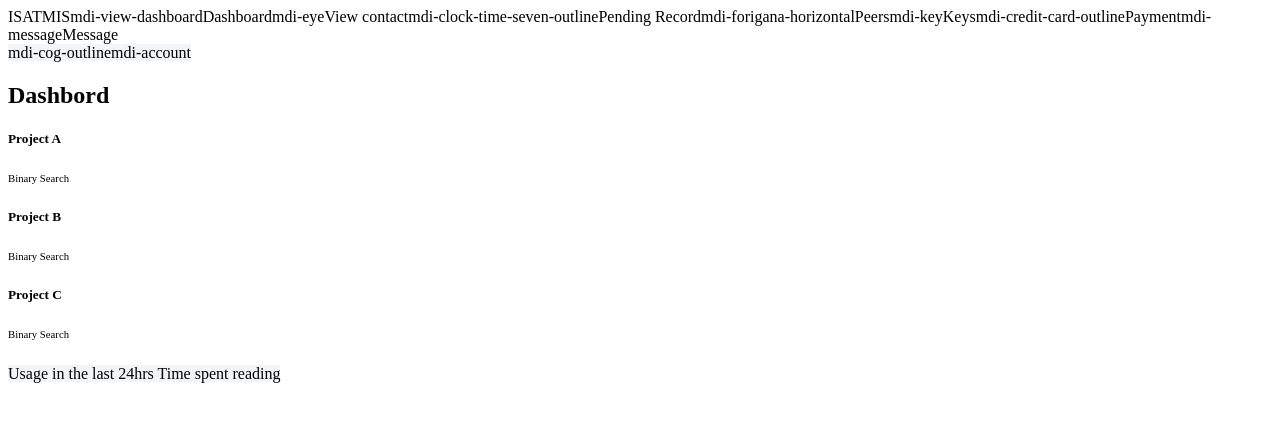
Repository: umarrg/isatmis
Page: /home
The author's editor kept a copy of each file at every save. The page is drawn from the files as they stood at one save, then again after the next save.
The browser window is 1280 px wide. The pictures show the whole page.
The project was rebuilt for these pictures with package versions that can differ from the ones it lists, and the page was loaded fresh each time. Also part of the build but not shown: vue.config.js. Imported but missing from the stored project, and not drawn on this page: src/plugins/vuetify.

Above is the page before, as saved 2021-01-26 00:50:25.

### public/index.html
<!DOCTYPE html>
<html lang="en">
  <head>
    <meta charset="utf-8">
    <meta http-equiv="X-UA-Compatible" content="IE=edge">
    <meta name="viewport" content="width=device-width,initial-scale=1.0">
    <link rel="icon" href="<%= BASE_URL %>favicon.ico">
    <title><%= htmlWebpackPlugin.options.title %></title>
    <link rel="stylesheet" href="https://fonts.googleapis.com/css?family=Roboto:100,300,400,500,700,900">
    <link rel="stylesheet" href="https://cdn.jsdelivr.net/npm/@mdi/font@latest/css/materialdesignicons.min.css">

  </head>
  <body>
    <noscript>
      <strong>We're sorry but <%= htmlWebpackPlugin.options.title %> doesn't work properly without JavaScript enabled. Please enable it to continue.</strong>
    </noscript>
    <div id="app"></div>
    <!-- built files will be auto injected -->
  </body>
</html>

### src/App.vue
<template>
  <v-app>
    <navbar v-if="$route.meta.showHeader == true"/>
    <v-main>
      <router-view></router-view>
    </v-main>
  </v-app>
</template>

<script>
import navbar from '../src/components/Navbar'
export default {
  name: 'App',

  components: {
   navbar
  },

  data: () => ({
    //
  }),
};
</script>

### src/router/index.js
import Vue from 'vue'
import VueRouter from 'vue-router'
import Home from '../views/Home.vue'

Vue.use(VueRouter)

const routes = [
  {
    path: '/home',
    name: 'Home',
    component: Home,
    meta: {
      showHeader: true,
    },
  },
  {
    path: '/education',
    name: 'Education',

    meta: {
      showHeader: true,
    },
    // route level code-splitting
    // this generates a separate chunk (about.[hash].js) for this route
    // which is lazy-loaded when the route is visited.
    component: () => import(/* webpackChunkName: "about" */ '../views/edu.vue')
  },
  {
    path: '/',
    name: 'Signin',

    meta: {
      showHeader: false,
    },
    // route level code-splitting
    // this generates a separate chunk (about.[hash].js) for this route
    // which is lazy-loaded when the route is visited.
    component: () => import(/* webpackChunkName: "about" */ '../views/signin.vue')
  },

  {
    path: '/land',
    name: 'Land',

    meta: {
      showHeader: true,
    },
    // route level code-splitting
    // this generates a separate chunk (about.[hash].js) for this route
    // which is lazy-loaded when the route is visited.
    component: () => import(/* webpackChunkName: "about" */ '../views/land.vue')
  },
  {
    path: '/view',
    name: 'view',

    meta: {
      showHeader: true,
    },
    // route level code-splitting
    // this generates a separate chunk (about.[hash].js) for this route
    // which is lazy-loaded when the route is visited.
    component: () => import(/* webpackChunkName: "about" */ '../views/view.vue')
  },
  {
    path: '/peers',
    name: 'peers',

    meta: {
      showHeader: true,
    },
    // route level code-splitting
    // this generates a separate chunk (about.[hash].js) for this route
    // which is lazy-loaded when the route is visited.
    component: () => import(/* webpackChunkName: "about" */ '../views/peers.vue')
  },
  {
    path: '/message',
    name: 'message',

    meta: {
      showHeader: true,
    },
    // route level code-splitting
    // this generates a separate chunk (about.[hash].js) for this route
    // which is lazy-loaded when the route is visited.
    component: () => import(/* webpackChunkName: "about" */ '../views/message.vue')
  },
  {
    path: '/medical',
    name: 'Medical',

    meta: {
      showHeader: true,
    },
    // route level code-splitting
    // this generates a separate chunk (about.[hash].js) for this route
    // which is lazy-loaded when the route is visited.
    component: () => import(/* webpackChunkName: "about" */ '../views/medical.vue')
  },
  {
    path: '/pending',
    name: 'pending',

    meta: {
      showHeader: true,
    },
    // route level code-splitting
    // this generates a separate chunk (about.[hash].js) for this route
    // which is lazy-loaded when the route is visited.
    component: () => import(/* webpackChunkName: "about" */ '../views/pending.vue')
  }

]

const router = new VueRouter({
  mode: 'history',
  base: process.env.BASE_URL,
  routes
})

export default router

### src/components/Navbar.vue
<template>
  <nav>
    <!-- <v-app-bar app flat color="white">
      <v-app-bar-nav-icon
        tile
        dark
        small
        @click="drawer = !drawer"
        class="black--text "
      ></v-app-bar-nav-icon>
      <v-spacer></v-spacer>
      <div>
        <v-menu offset-y>
          <template v-slot:activator="{ on, attrs }">
            <v-btn icon small class="mr-2" v-on="on" v-bind="attrs">
              <v-icon color="black">mdi-cog-outline</v-icon>
            </v-btn>
          </template>
        </v-menu>

        <v-btn to="/profile" v-rounded icon>
          <v-list-item-avatar color="black" class="ml-4">
            <v-img
              src="../assets/bi.png"
              size="30"
            ></v-img>
          </v-list-item-avatar>
        </v-btn>
      </div>
    </v-app-bar> -->
    <v-navigation-drawer v-model="drawer"  app color="">
      <v-layout column align-center>
        <v-flex class="mt-7 mb-8">
          <span class="text-h4 white--text font-weight-light">
            <span class="blue--text font-weight-black">I</span>
            <span class="blue--text font-weight-black">S</span>
            <span class="blue--text font-weight-black">A</span>
            <span class="blue--text font-weight-black">T</span>
            <span class="blue--text font-weight-black">M</span>
            <span class="blue--text font-weight-black">I</span>
            <span class="blue--text font-weight-black">S</span>
          </span>
        </v-flex>
      </v-layout>

      <v-list dense nav>
        <v-list-item
         class=""
          active-class=" blue--text border"
          v-for="link in links"
          :key="link.icon"
          :to="link.route"
        >
          <v-list-item-action>
            <v-icon>{{ link.icon }}</v-icon>
          </v-list-item-action>
          <v-list-item-content>
            <v-list-item-title class="font-weight-light">{{
              link.text
            }}</v-list-item-title>
          </v-list-item-content>
        </v-list-item>
      </v-list>

    </v-navigation-drawer>
  </nav>
</template>

<script>
export default {
  data: () => ({
    drawer: true,
    links: [
      { icon: "mdi-view-dashboard", text: "Dashboard", route: "/home" },
      { icon: "mdi-eye", text: "View contact", route: "/view" },
      {
        icon: "mdi-clock-time-seven-outline",
        text: "Pending Record",
        route: "/pending",
      },
      { icon: "mdi-forigana-horizontal", text: "Peers", route: "/peers" },
      { icon: "mdi-key", text: "Keys", route: "/keys" },
      { icon: "mdi-credit-card-outline", text: "Payment", route: "/payment" },
      { icon: "mdi-message", text: "Message", route: "/message" },
    ],

    offset: true,
  }),

};
</script>

<style>
.border {
  border-bottom: 4px solid #00b0f0
}

</style>

### src/views/Home.vue
<template>
  <v-app class="custom__bg">
    <v-container>
      <v-col cols="12">
        <v-row>
          <v-col cols="12" md="12" sm="8" class=" mt-3">
            <v-card>
              <v-row>
                <v-col cols="10">
                  <v-text-field
                    dense
                    hide-details
                    prepend-inner-icon="mdi-search"
                    rounded
                    elevation-4
                    placeholder="Search"
                  ></v-text-field>
                </v-col>
                <v-col cols="1" class="px-0">
                  <v-icon color="black">mdi-cog-outline</v-icon>
                </v-col>
                <v-col cols="1" class="px-0">
                  <v-icon>mdi-account</v-icon>
                </v-col>
              </v-row>
            </v-card>
          </v-col>
        </v-row>
        <v-col cols="12" class="mt-3">
          <div>
            <h2>Dashbord</h2>
          </div>
        </v-col>
        <v-col cols="12" class="py-0">
          <v-divider></v-divider>
        </v-col>

        <v-row>
          <v-col cols="12" md="4" sm="6">
            <v-alert border="bottom" colored-border color="teal" elevation="2">
              <h5>Project A</h5>
              <h6 class="custom__font">Binary Search</h6>
            </v-alert>
          </v-col>
          <v-col cols="12" md="4" sm="6">
            <v-alert border="bottom" colored-border color="blue" elevation="2">
              <h5>Project B</h5>
              <h6 class="custom__font">Binary Search</h6>
            </v-alert>
          </v-col>
          <v-col cols="12" md="4" sm="6">
            <v-alert border="bottom" colored-border color="red" elevation="2">
              <h5>Project C</h5>
              <h6 class="custom__font">Binary Search</h6>
            </v-alert>
          </v-col>
        </v-row>

        <v-col cols="12" lg="12" md="12" sm="12" class="pa-2 pt-0">
          <v-card outlined tile>
            <template>
              <div class="chart">
                <GChart
                  type="LineChart"
                  :data="chartData"
                  :options="chartOptions"
                />
              </div>
            </template>
            <v-card-text>
              <span class="text-center">
                Usage in the last 24hrs
              </span></v-card-text
            >
          </v-card>
        </v-col>
            <v-col cols="12" lg="12" md="12" sm="12" class="pa-0 px-2">
            <v-card outlined tile>
              <GChart
                type="ColumnChart"
                :data="columnChartData"
                :options="chartOptions"
              />
              <v-card-text>
                <span class="text-center">
                  Time spent reading
                </span></v-card-text
              >
            </v-card>
          </v-col>
      </v-col>
    </v-container>
  </v-app>
</template>
<script>
export default {

  data: ()=>({
     chartData: [
      ['Time', 'Mins'],
      ['12am', 0],
      ['1am', 0],
      ['2am', 0],
      ['3am', 0],
      ['4am', 0],
      ['5am', 0],
      ['6am', 0],
      ['7am', 0],
      ['8am', 40],
      ['9am', 30],
      ['10am', 10],
      ['11am', 0],
      ['12pm', 0],
      ['1pm', 50],
      ['2pm', 30],
      ['3pm', 5],
      ['4pm', 10],
      ['5pm', 15],
      ['6pm', 20],
      ['7pm', 40],
      ['8pm', 45],
      ['9pm', 50],
      ['10pm', 55],
      ['11pm', 0],
    ],
    columnChartData: [
      ['Days', 'Times'],
      ['Monday', 45],
      ['Tuesday', 60],
      ['Wednesday', 30],
      ['Thursday', 30],
      ['Friday', 55],
      ['Saturday', 0],
      ['Sunday', 0],
    ],
    pieChartData: [
      ['Year', 'Usage'],
      ['2017', 20],
      ['2018', 20],
      ['2019', 35],
      ['2020', 25],
    ],
    chartOptions: {
      chart: {
        title: 'Company Performance',
        subtitle: 'Sales, Expenses, and Profit: 2017-2020',
      },
      labels: ['12am', '3am', '6am', '9am', '12pm', '3pm', '6pm', '9pm'],
      value: [200, 675, 410, 390, 310, 460, 250, 240],
    },
  }),

}

</script>
<style scoped>
.custom__bg {
  background: #f2f5f8;
}
.custom__font {
  font-weight: 500;
}
</style>

Loaded but not shown: src/main.js (common file)

After the next save:
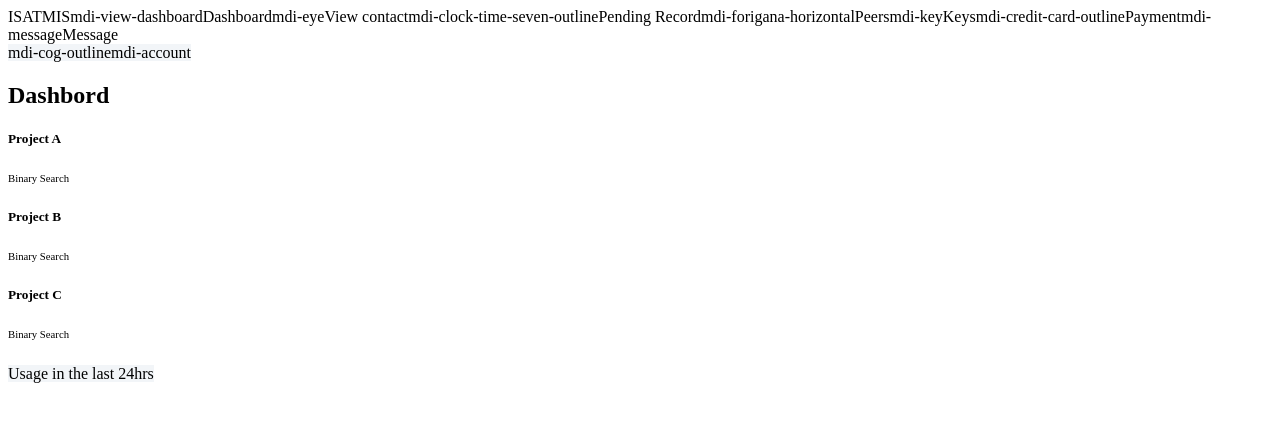
Saved 22 s later.
--- a/src/views/Home.vue
+++ b/src/views/Home.vue
@@ -74,20 +74,7 @@
             >
           </v-card>
         </v-col>
-            <v-col cols="12" lg="12" md="12" sm="12" class="pa-0 px-2">
-            <v-card outlined tile>
-              <GChart
-                type="ColumnChart"
-                :data="columnChartData"
-                :options="chartOptions"
-              />
-              <v-card-text>
-                <span class="text-center">
-                  Time spent reading
-                </span></v-card-text
-              >
-            </v-card>
-          </v-col>
+
       </v-col>
     </v-container>
   </v-app>
